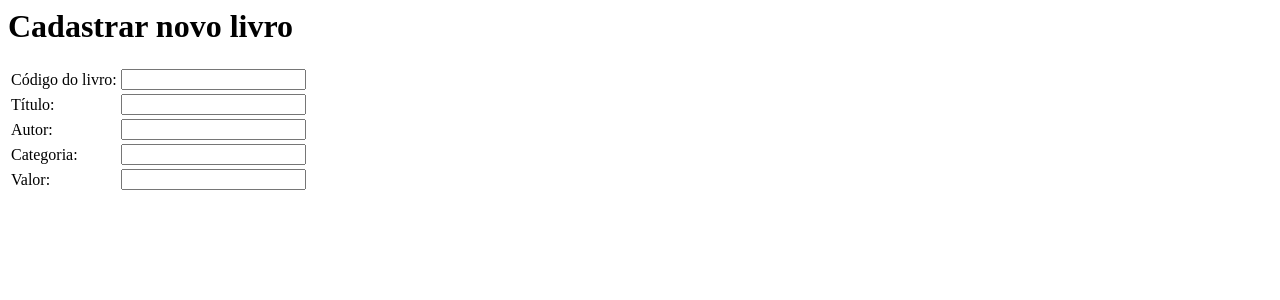
Repository: EikDEV/Atividade-Cliente-Servidor
Page: crudjspjava/src/main/webapp/livroform.html
An editor plug-in stored every save of this project. The page is shown before and after the next save, followed by the edit.
The browser window is 1280 px wide. The pictures show the whole page.

Above is the page before, as saved 2022-11-04 15:43:29.

After the next save:
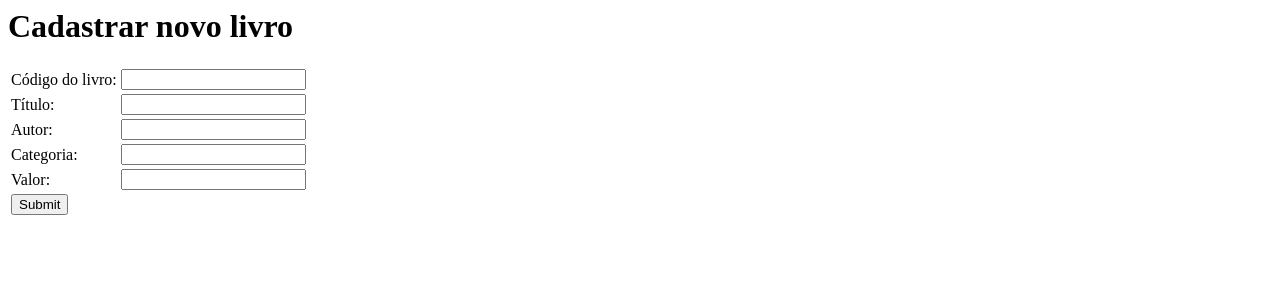
Saved 19 s later.
--- a/crudjspjava/src/main/webapp/livroform.html
+++ b/crudjspjava/src/main/webapp/livroform.html
@@ -22,7 +22,9 @@
 			<td>Valor:</td>
 			<td><input type="number" name="valor" /></td>
 		<tr>
-			<td colspan="2"></td>
+			<td colspan="2">
+				<input type="submit">
+			</td>
 		</tr>
 	</table>
 </form>
